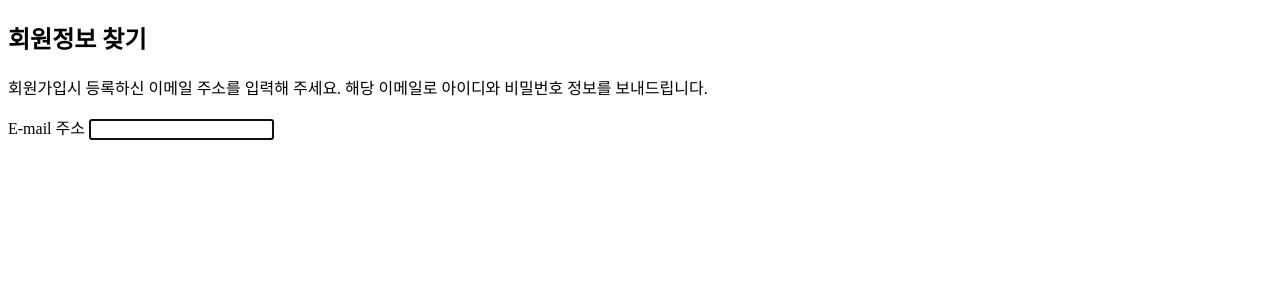
Repository: ks12b0000/JSP-School-Class
Page: chap10_JSP/src/main/webapp/Test/findMemberInfo.html
These files come from the project's save history. The page is drawn as it stood at one moment and after the next save; the edit follows.
The browser window is 1280 px wide. The pictures show the whole page.

Above is the page before, as saved 2022-06-03 11:24:29.

After the next save:
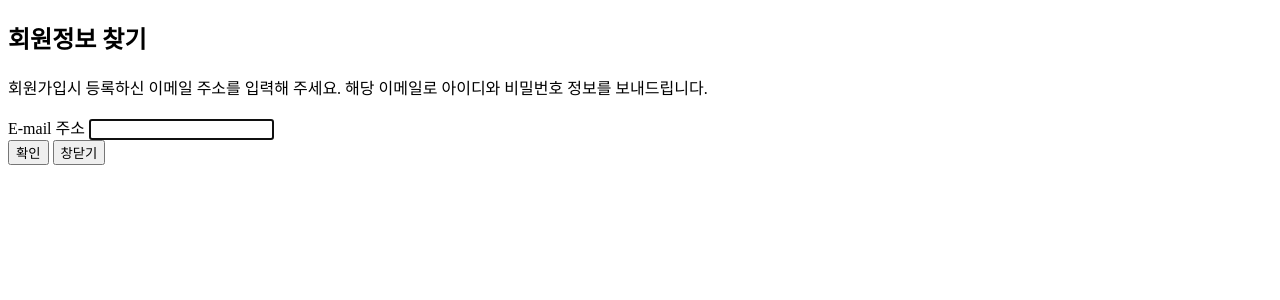
Saved 115 s later.
--- a/chap10_JSP/src/main/webapp/Test/findMemberInfo.html
+++ b/chap10_JSP/src/main/webapp/Test/findMemberInfo.html
@@ -14,5 +14,9 @@
 		E-mail 주소 <input type="text" name="user_id" autofocus/><br/>
 	</div>
 	</form>
+	<form>
+		<a href="#"><input id="Confirm" type="button" value="확인" /></a>
+		<a href="#"><input id="close" type="button" value="창닫기" /></a><br/>
+	</form>
 </body>
 </html>
